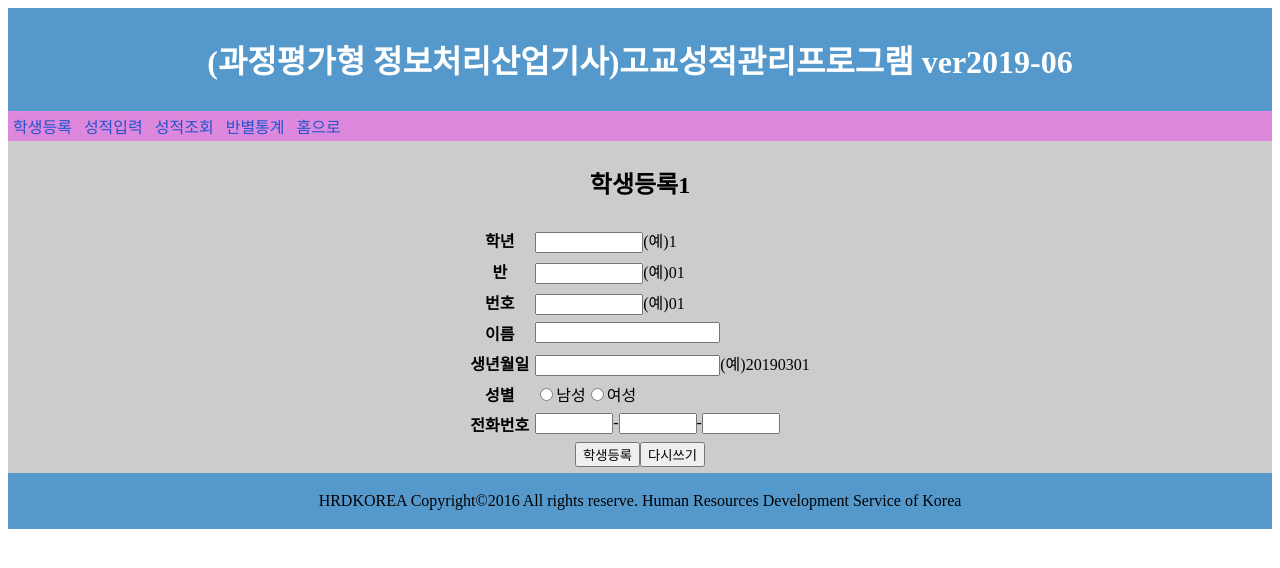
Repository: bolbbal/jdbc
Page: http://localhost/cbq_99/sub1.jsp
An editor plug-in stored every save of this project. The page is shown before and after the next save, followed by the edit.
The browser window is 1280 px wide. The pictures show the whole page.
The page is served by Tomcat 9. Other server files are loaded and not shown.

Above is the page before, as saved 2024-08-26 05:56:19.

### javastudy18/jspStudy/cbq_99/cbq_99/WebContent/sub1.jsp
<%@ page language="java" contentType="text/html; charset=UTF-8"
	pageEncoding="UTF-8"%>
<%@ page import="Model.*"%>
<%@ page import="java.sql.*"%>
<%@ page import="java.util.*"%>
<%@ page import="java.text.*"%>
<!DOCTYPE html>
<html>
<head>
<meta charset="UTF-8">
<title>고교성적관리</title>
<style>
header {
	background: #59c;
	padding: 1px;
}

h1 {
	color: #fff;
	text-align: center;
	padding: 6px
}

nav {
	background: #D8D;
	padding: 1px
}

a {
	text-decoration: none;
	color: #25C;
	display: inline-block;
	padding: 2px 4px;
}

section {
	padding: 1px;
	background: #CCC;
}

h2 {
	text-align: center;
	padding: 3px;
}

footer {
	background: #59c;
	padding: 1px;
}

footer p {
	text-align: center;
	padding: 2px;
}

table, th, td {
	border: 1px, solid, #ccc;
}

table {
	margin: 0 auto;
}
</style>
<script type="text/javascript">
	function check() {
		if (my.syear.value == "") {
			alert("학년정보가 입력되지 않았습니다!");
			my.syear.focus();
			return false;
		}
		if (my.sclass.value == "") {
			alert("반정보가 입력되지 않았습니다!");
			my.syear.focus();
			return false;
		}
		if (my.sno.value == "") {
			alert("번호정보가 입력되지 않았습니다!");
			my.syear.focus();
			return false;
		}
		if (my.sname.value == "") {
			alert("이름이 입력되지 않았습니다!");
			my.syear.focus();
			return false;
		}
		if (my.birth.value == "") {
			alert("생년월일이 입력되지 않았습니다!");
			my.syear.focus();
			return false;
		}
		if (my.gender.value == "") {
			alert("성별을 선택하세요!");
			my.syear.focus();
			return false;
		}
		if (my.tel1.value == "") {
			alert("전화번호가 입력되지 않았습니다!");
			my.syear.focus();
			return false;
		}
		if (my.tel2.value == "") {
			alert("전화번호가 입력되지 않았습니다!");
			my.syear.focus();
			return false;
		}
		if (my.tel3.value == "") {
			alert("전화번호가 입력되지 않았습니다!");
			my.syear.focus();
			return false;
		}
		return true;

	}
</script>
</head>
<body>
	<header>
		<h1>(과정평가형 정보처리산업기사)고교성적관리프로그램 ver2019-06</h1>
	</header>
	<nav>
		<a href="sub1.jsp">학생등록</a> <a href="sub2.jsp">성적입력</a> <a
			href="sub3.jsp">성적조회</a> <a href="sub4.jsp">반별통계</a> <a
			href="index.jsp">홈으로</a>
	</nav>
	<section>
		<h2>학생등록1</h2>
		<form name="my" method="post" action="sub1pro.jsp"
			onsubmit="return check()">
			<table>
				<tr>
					<th>학년</th>
					<td><input type="text" name="syear" style="width: 100px">(예)1</td>
				</tr>
				<tr>
					<th>반</th>
					<td><input type="text" name="sclass" style="width: 100px">(예)01</td>
				</tr>
				<tr>
					<th>번호</th>
					<td><input type="text" name="sno" style="width: 100px">(예)01</td>
				</tr>
				<tr>
					<th>이름</th>
					<td><input type="text" name="sname"></td>
				</tr>
				<tr>
					<th>생년월일</th>
					<td><input type="text" name="birth">(예)20190301</td>
				</tr>
				<tr>
					<th>성별</th>
					<td><input type="radio" name="gender" value="M">남성<input
						type="radio" name="gender" value="F">여성</td>
				</tr>
				<tr>
					<th>전화번호</th>
					<td><input type="text" name="tel1" style="width: 70px">-<input
						type="text" name="tel1" style="width: 70px">-<input
						type="text" name="tel1" style="width: 70px"></td>
				</tr>
				<tr>
					<td colspan="2" style="text-align: center;"><input
						type="submit" value="학생등록"><input type="reset"
						value="다시쓰기"></td>
				</tr>
			</table>
		</form>
	</section>
	<footer>
		<p>HRDKOREA Copyright&copy;2016 All rights reserve. Human
			Resources Development Service of Korea</p>
	</footer>
</body>
</html>

After the next save:
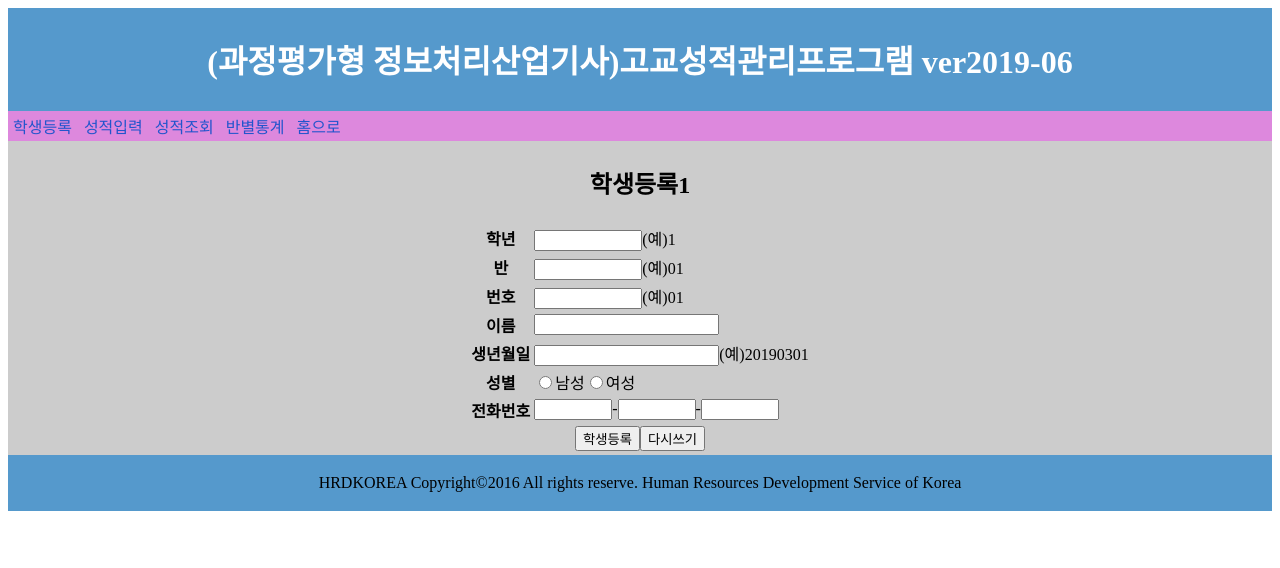
Saved 10 min 30 s later.
--- a/javastudy18/jspStudy/cbq_99/cbq_99/WebContent/sub1.jsp
+++ b/javastudy18/jspStudy/cbq_99/cbq_99/WebContent/sub1.jsp
@@ -51,10 +51,6 @@
 footer p {
 	text-align: center;
 	padding: 2px;
-}
-
-table, th, td {
-	border: 1px, solid, #ccc;
 }
 
 table {
@@ -128,7 +124,7 @@
 			onsubmit="return check()">
 			<table>
 				<tr>
-					<th>학년</th>
+					<th style = "border:1px">학년</th>
 					<td><input type="text" name="syear" style="width: 100px">(예)1</td>
 				</tr>
 				<tr>
